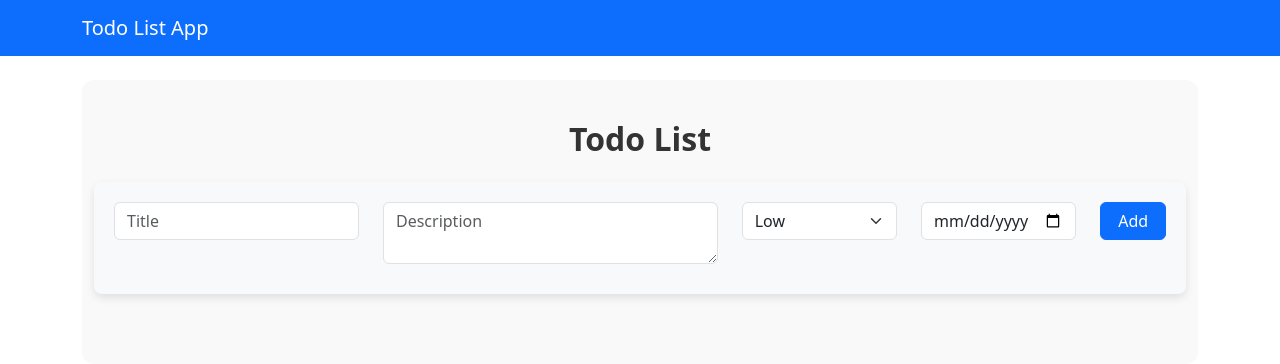
Repository: HPNChanel/Todo-List-Web-App
Page: / (app in frontend/todolist/)
The author's editor kept a copy of each file at every save. The page is drawn from the files as they stood at one save, then again after the next save.
The browser window is 1280 px wide. The pictures show the whole page.
The page's requests for data from a server got no answer. The project was rebuilt for these pictures with package versions that can differ from the ones it lists, and the page was loaded fresh each time. No one was signed in, and anything a server would have sent is missing. Also part of the build but not shown: frontend/todolist/src/styles/TaskItem.css, frontend/todolist/src/components/TaskItem.js, frontend/todolist/src/styles/WelcomePage.css, frontend/todolist/src/pages/WelcomePage.js, frontend/todolist/src/styles/NotFound.css, frontend/todolist/src/pages/NotFound.js. Imported but missing from the stored project, and not drawn on this page: frontend/todolist/src/components/ContactUs.

Above is the page before, as saved 2024-11-05 14:31:49.

After the next save:
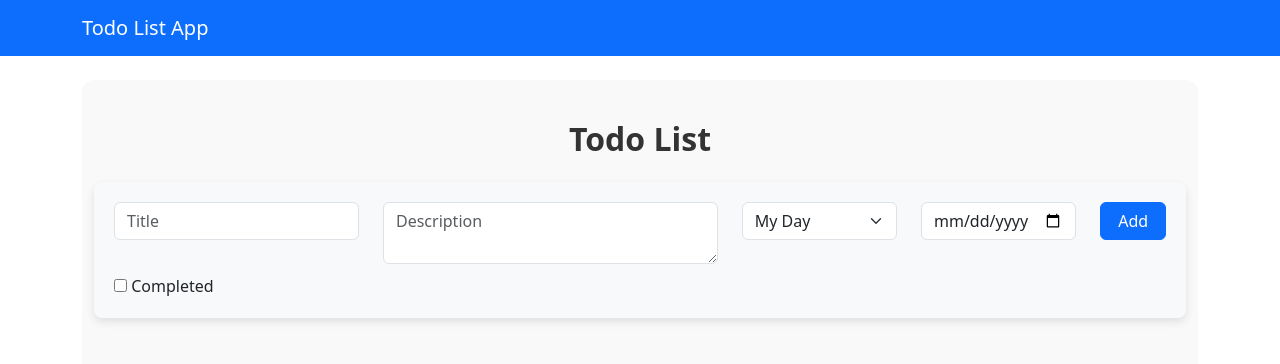
Saved 2 days later.
--- a/frontend/todolist/src/components/TaskForm.js
+++ b/frontend/todolist/src/components/TaskForm.js
@@ -7,77 +7,76 @@ function TaskForm({ taskToEdit, clearTaskToEdit }) {
     const { addTask, editTask } = useTasks();
     const [title, setTitle] = useState(taskToEdit?.title || '');
     const [description, setDescription] = useState(taskToEdit?.description || '');
-    const [priority, setPriority] = useState(taskToEdit?.priority || 1);
     const [dueDate, setDueDate] = useState(taskToEdit?.due_date || '');
+    const [taskType, setTaskType] = useState(taskToEdit?.task_type || 'MY_DAY');
+    const [isCompleted, setIsCompleted] = useState(taskToEdit?.is_completed || false);
+    const [message, setMessage] = useState('');
 
     useEffect(() => {
         if (taskToEdit) {
             setTitle(taskToEdit.title);
             setDescription(taskToEdit.description);
-            setPriority(taskToEdit.priority);
             setDueDate(taskToEdit.due_date);
+            setTaskType(taskToEdit.task_type);
+            setIsCompleted(taskToEdit.is_completed);
         }
     }, [taskToEdit]);
 
-    const handleSubmit = (e) => {
+    const handleSubmit = async (e) => {
         e.preventDefault();
-        const taskData = { title, description, priority, due_date: dueDate };
-        if (taskToEdit) {
-            editTask(taskToEdit.id, taskData);
-            clearTaskToEdit();
-        } else {
-            addTask(taskData);
+        const taskData = { title, description, due_date: dueDate, task_type: taskType, is_completed: isCompleted };
+        try {
+            if (taskToEdit) {
+                await editTask(taskToEdit.id, taskData);
+                setMessage('Task updated successfully!');
+            } else {
+                await addTask(taskData);
+                setMessage('Task added successfully!');
+            }
+            clearForm();
+        } catch {
+            setMessage('Error: Could not save task');
         }
+    };
+
+    const clearForm = () => {
         setTitle('');
         setDescription('');
-        setPriority(1);
         setDueDate('');
+        setTaskType('MY_DAY');
+        setIsCompleted(false);
+        clearTaskToEdit();
     };
 
     return (
         <form className="task-form" onSubmit={handleSubmit}>
+            {message && <p className="alert alert-success">{message}</p>}
             <div className="row">
                 <div className="col-md-3">
-                    <input
-                        type="text"
-                        className="form-control"
-                        placeholder="Title"
-                        value={title}
-                        onChange={(e) => setTitle(e.target.value)}
-                        required
-                    />
+                    <input type="text" className="form-control" placeholder="Title" value={title} onChange={(e) => setTitle(e.target.value)} required />
                 </div>
                 <div className="col-md-4">
-                    <textarea
-                        className="form-control"
-                        placeholder="Description"
-                        value={description}
-                        onChange={(e) => setDescription(e.target.value)}
-                    />
+                    <textarea className="form-control" placeholder="Description" value={description} onChange={(e) => setDescription(e.target.value)} />
                 </div>
                 <div className="col-md-2">
-                    <select
-                        className="form-select"
-                        value={priority}
-                        onChange={(e) => setPriority(e.target.value)}
-                    >
-                        <option value={1}>Low</option>
-                        <option value={2}>Medium</option>
-                        <option value={3}>High</option>
+                    <select className="form-select" value={taskType} onChange={(e) => setTaskType(e.target.value)}>
+                        <option value="MY_DAY">My Day</option>
+                        <option value="IMPORTANT">Important</option>
+                        <option value="PLANNED">Planned</option>
                     </select>
                 </div>
                 <div className="col-md-2">
-                    <input
-                        type="date"
-                        className="form-control"
-                        value={dueDate}
-                        onChange={(e) => setDueDate(e.target.value)}
-                    />
+                    <input type="date" className="form-control" value={dueDate} onChange={(e) => setDueDate(e.target.value)} />
                 </div>
                 <div className="col-md-1">
                     <button type="submit" className="btn btn-primary w-100">
                         {taskToEdit ? "Update" : "Add"}
                     </button>
+                </div>
+                <div className="col-md-12">
+                    <label>
+                        <input type="checkbox" checked={isCompleted} onChange={(e) => setIsCompleted(e.target.checked)} /> Completed
+                    </label>
                 </div>
             </div>
         </form>
